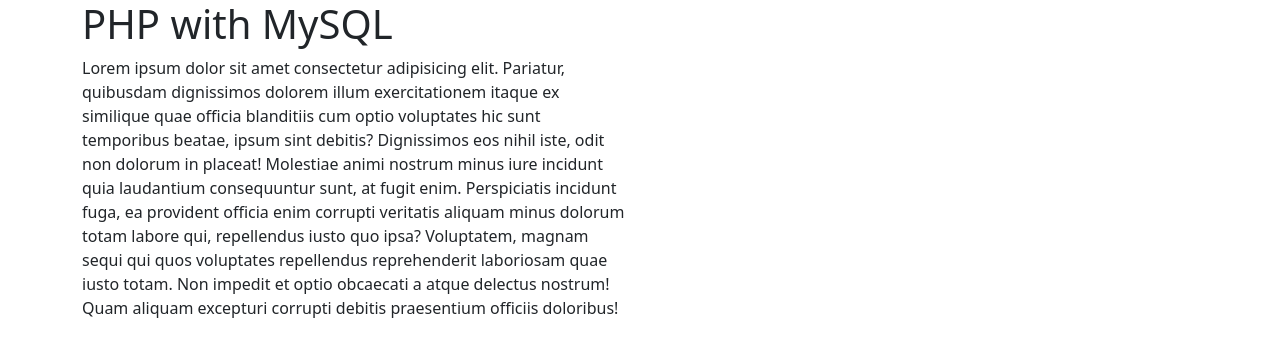
Repository: teban004/COMP1006---W2017
Page: index.html
These files come from the project's save history. The page is drawn as it stood at one moment and after the next save; the edit follows.
The browser window is 1280 px wide. The pictures show the whole page.

Above is the page before, as saved 2022-01-02 13:29:43.

After the next save:
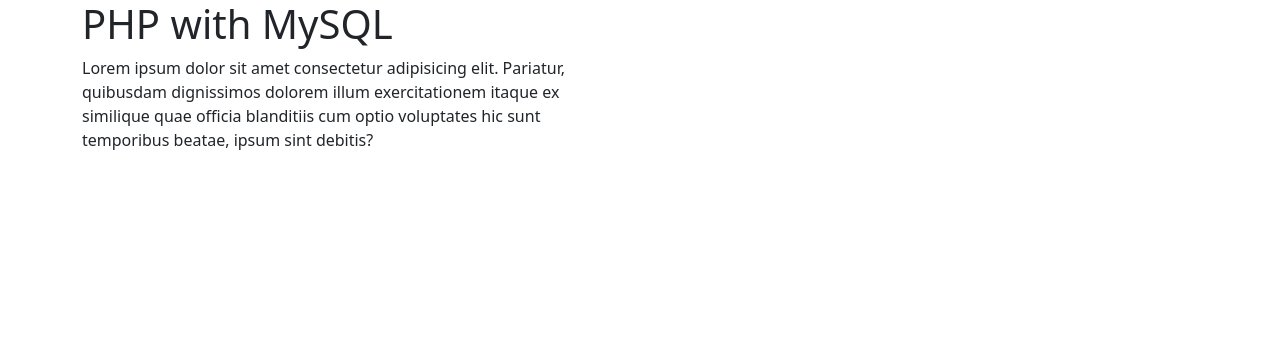
Saved 116 s later.
--- a/index.html
+++ b/index.html
@@ -21,7 +21,7 @@
         <div class="row">
             <div class="col-md-offset-3 col-md-6">
                 <h1>PHP with MySQL</h1>
-                <p>Lorem ipsum dolor sit amet consectetur adipisicing elit. Pariatur, quibusdam dignissimos dolorem illum exercitationem itaque ex similique quae officia blanditiis cum optio voluptates hic sunt temporibus beatae, ipsum sint debitis? Dignissimos eos nihil iste, odit non dolorum in placeat! Molestiae animi nostrum minus iure incidunt quia laudantium consequuntur sunt, at fugit enim. Perspiciatis incidunt fuga, ea provident officia enim corrupti veritatis aliquam minus dolorum totam labore qui, repellendus iusto quo ipsa? Voluptatem, magnam sequi qui quos voluptates repellendus reprehenderit laboriosam quae iusto totam. Non impedit et optio obcaecati a atque delectus nostrum! Quam aliquam excepturi corrupti debitis praesentium officiis doloribus!</p>
+                <p>Lorem ipsum dolor sit amet consectetur adipisicing elit. Pariatur, quibusdam dignissimos dolorem illum exercitationem itaque ex similique quae officia blanditiis cum optio voluptates hic sunt temporibus beatae, ipsum sint debitis?</p>
             </div>
         </div>
 
